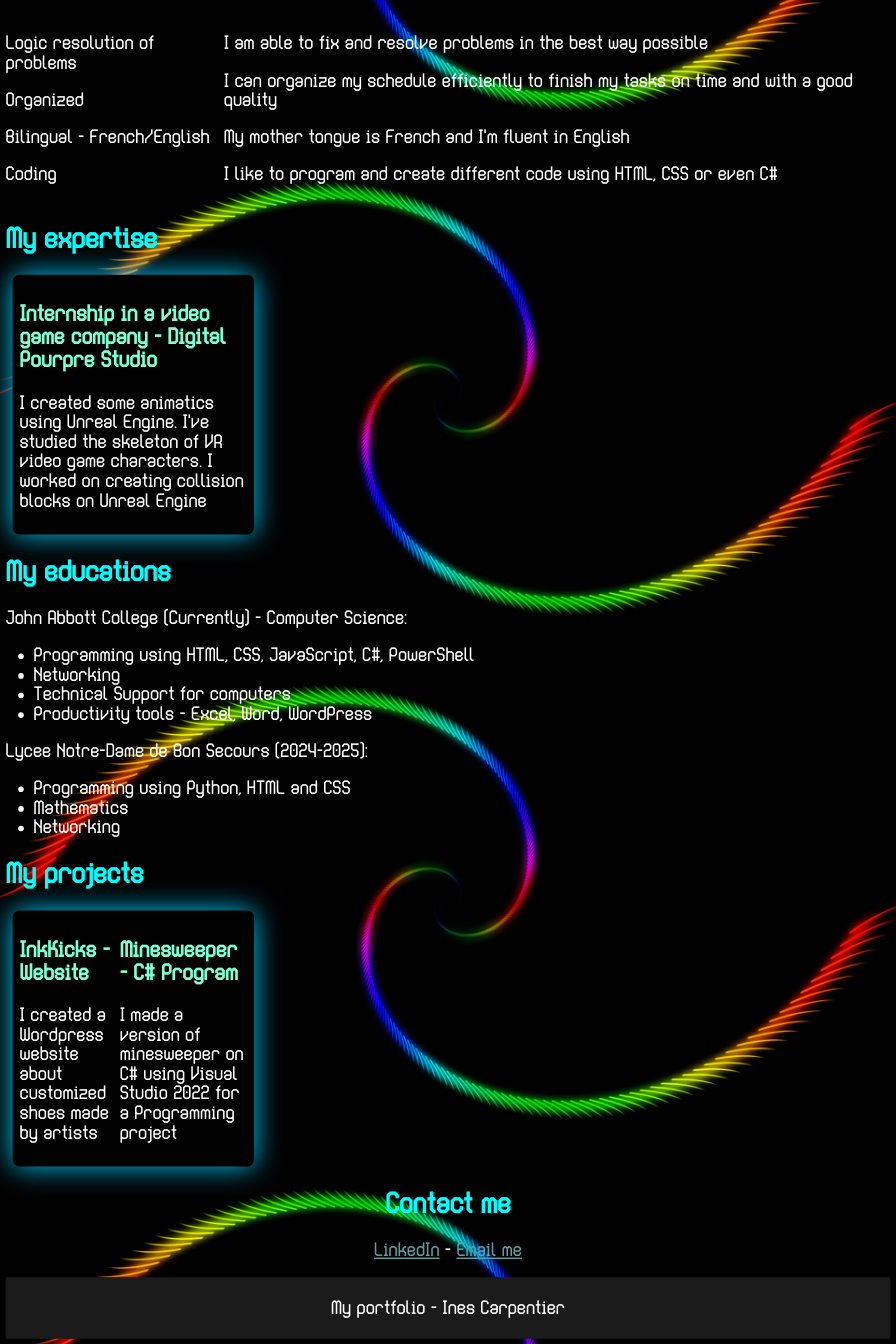
Repository: InsCarp/InsCarp
Page: index.html
These files come from the project's save history. The page is drawn as it stood at one moment and after the next save; the edit follows.
The browser window is 1280 px wide. The pictures show the part of the page from y = 1232 to 3152 px (the page is 3152 px tall before and 3088 px after), at 70% of full size.
Backgrounds fixed to the window are drawn as part of the page.

Above is the page before, as saved 2026-05-13 21:44:24.

### index.html
<!DOCTYPE html>
<html lang="en">
<head>
    <meta charset="UTF-8">
    <meta name="viewport" content="width=device-width, initial-scale=1.0">
    <link rel="icon" href="/assets/images/Logo.svg" type="image/svg" />
    <link rel="stylesheet" href="/styles/globals.css" type="text/css"/>
    <link rel="stylesheet" href="/styles/index.css" type="text/css"/>

    <title>Portfolio - Ines Carpentier</title>
</head>
<header>

     <h1 id="Title">My portfolio</h1>

        <nav>
        <a href="index.html">Home</a>
        <a href="#About">About me</a>
        <a href="#Expertise">Expertise</a>
        <a href="#Education">Education</a>
        <a href="#Projects">Projects</a>
        <a href="#Contact">Contact me</a>
        </nav>


</header>
<body>
    <div class="Intro">
        <article>
            <img
               src="/assets/images/me.png" id="Me" alt="My image"/>
        </article>
        <article id="intro">
            <h2>Ines Carpentier</h2>
            <p>Hi, I'm a Computer Science student who loves to mix creativity in my projects.
                Hope you'll enjoy my portfolio!</p>
        </article>
    </div>

        <h2 id="About">About me</h2>
        <div class="about">
            <p>Hello, I'm Ines Carpentier, a Computer Science student at John Abbott College, Canada. As an artist and programmer, I like creating programs and adding designs to it. I always seek for the
             best way of coding to bring an efficient and beautiful program. I currently code using C#, HTML or even Python language. I'm passionate in networking and programming and currently study to head into a cybersecurity career.
            </p>
        </div>
        <h3>Skills</h3>
        <section class="Skills">
            <article>
            <p>Logic resolution of problems</p>
            <p>Organized</p>
            <p>Bilingual - French/English</p>
            <p>Coding</p>
        </article>
        <article>
            <p>I am able to fix and resolve problems in the best way possible</p>
            <p>I can organize my schedule efficiently to finish my tasks on time and with a good quality</p>
            <p>My mother tongue is French and I'm fluent in English</p>
            <P>I like to program and create different code using HTML, CSS or even C#</P>
        </article>
        </section>


        <h2 id="Expertise">My expertise</h2>
        <section class="card">
            <article>
            <h3>Internship in a video game company - Digital Pourpre Studio</h3>
            <p>I created some animatics using Unreal Engine. I've studied the skeleton of VR video game characters. I worked on creating collision blocks on Unreal Engine</p>
        </article>
        </section>


        <h2 id="Education">My educations</h2>
        <p>John Abbott College (Currently) - Computer Science:
        </p>
        <ul>
            <li>Programming using HTML, CSS, JavaScript, C#, PowerShell</li>
            <li>Networking</li>
            <li>Technical Support for computers</li>
            <li>Productivity tools - Excel, Word, WordPress</li>
        </ul>
        <p>Lycee Notre-Dame de Bon Secours (2024-2025):</p>
        <ul>
            <li>Programming using Python, HTML and CSS</li>
            <li>Mathematics</li>
            <li>Networking</li>
        </ul>

        <h2 id="Projects">My projects</h2>
        <section class="card2">
            <article>
                <h3>InkKicks - Website</h3>
                <p>I created a Wordpress website about customized shoes made by artists</p>
            </article>
            <article>
                <h3>Minesweeper - C# Program</h3>
                <p>I made a version of minesweeper on C# using Visual Studio 2022 for a Programming project</p>
            </article>
        </section>

        <div class="Contact">
         <h2 id="Contact">Contact me</h2>
         <p><a href="https://www.linkedin.com/in/ines-carpentier-690b8b387/" target="blank">LinkedIn</a> - <a href="mailto:carpentierines4@gmail.com">Email me</a></p>
        </div>
</body>
<footer>
    <p>My portfolio - Ines Carpentier</p>
</footer>
</html>

### styles/globals.css
@font-face {
    font-family: Title;
    src: url(/assets/fonts/Y224-2vdae.ttf);
}
@font-face {
    font-family: Portfolio;
    src: url(/assets/fonts/Eightgon-OGn6p.ttf);
}

html{
    font-size:25px;
}

a {
    color:cadetblue;
}

a:visited{
    color:aquamarine;
}
a:hover{
    color:greenyellow;
}
a:active{
    color:yellow;
}

body{
    background-color:rgb(0, 2, 36);
    color:rgb(255, 255, 255);
    background-image: url(../assets/images/back.gif);
    background-size: cover;
    background-repeat: no-repeat;
    background-attachment: fixed;
    font-family: Portfolio;
}




h1, h2{
    color:aqua;

}

h3{
    color:aquamarine;
}


header {
    position:sticky;
    top:0;
    display: flex;
    flex-direction: row;
    font-family: Title;
    background-color:rgb(27, 27, 27);
    font-size:0.5rem;


}
nav{
    display:none;
}

footer{

    text-align: center;
    background-color:rgb(27, 27, 27);
    padding:0.2rem;


}

@media only screen and (min-width: 800px){
    header {
    justify-content: space-between;
    border-radius: 10px;
    font-size:0.8rem;

}
nav{
    text-align:right;
    display:initial;
    font-size:0.4rem;
    margin-top:10px;


}
}

@media only screen and (min-width: 1200px){
    header {
    display: flex;
    flex-direction: row;
    font-family: Title;
    justify-content: space-between;



}
nav{
    text-align:right;
    display:initial;
    font-size:0.6rem;
    margin-top:2%;



}
}

### styles/index.css
.Intro{
    margin-top: 1rem;
    display:flex;
    flex-direction: column;
    align-items: center;
}

#intro{

    text-align: center;
    font-size:2rem;


}

#Me{
    margin-top: 1rem;
    width:15rem;
}


section{
    display: flex;
    flex-direction:row;
    justify-content: space-between;

}

.card{
  margin: 10px;
  background-color:rgb(0, 0, 0);
  padding:10px;
  border: 3px;
  border-radius:10px;
  box-shadow: 0 0 40px 0 rgb(0, 204, 255);
  opacity: 20;
  width:13rem;
}
.card2{
  margin: 10px;
  background-color:rgb(0, 0, 0);
  padding:10px;
  border: 3px;
  border-radius:10px;
  box-shadow: 0 0 40px 0 rgb(0, 204, 255);
  opacity: 20;
  width:13rem;
}

.Contact{
    text-align: center;
}

@media only screen and (min-width: 800px){
    .Intro{
    margin-top: 1rem;
    display:flex;
    flex-direction: row;
    justify-content: space-between;
}

#intro{

    text-align: center;
    font-size:2rem;
    width: 20rem;
    margin-right: 10%;
}




.about{
    width:30rem;
}
}

@media only screen and (min-width: 800px){
    #Me{
    margin-left:15%;
    width:20rem;
}
#expertise{
  width:15rem;
}
}

After the next save:
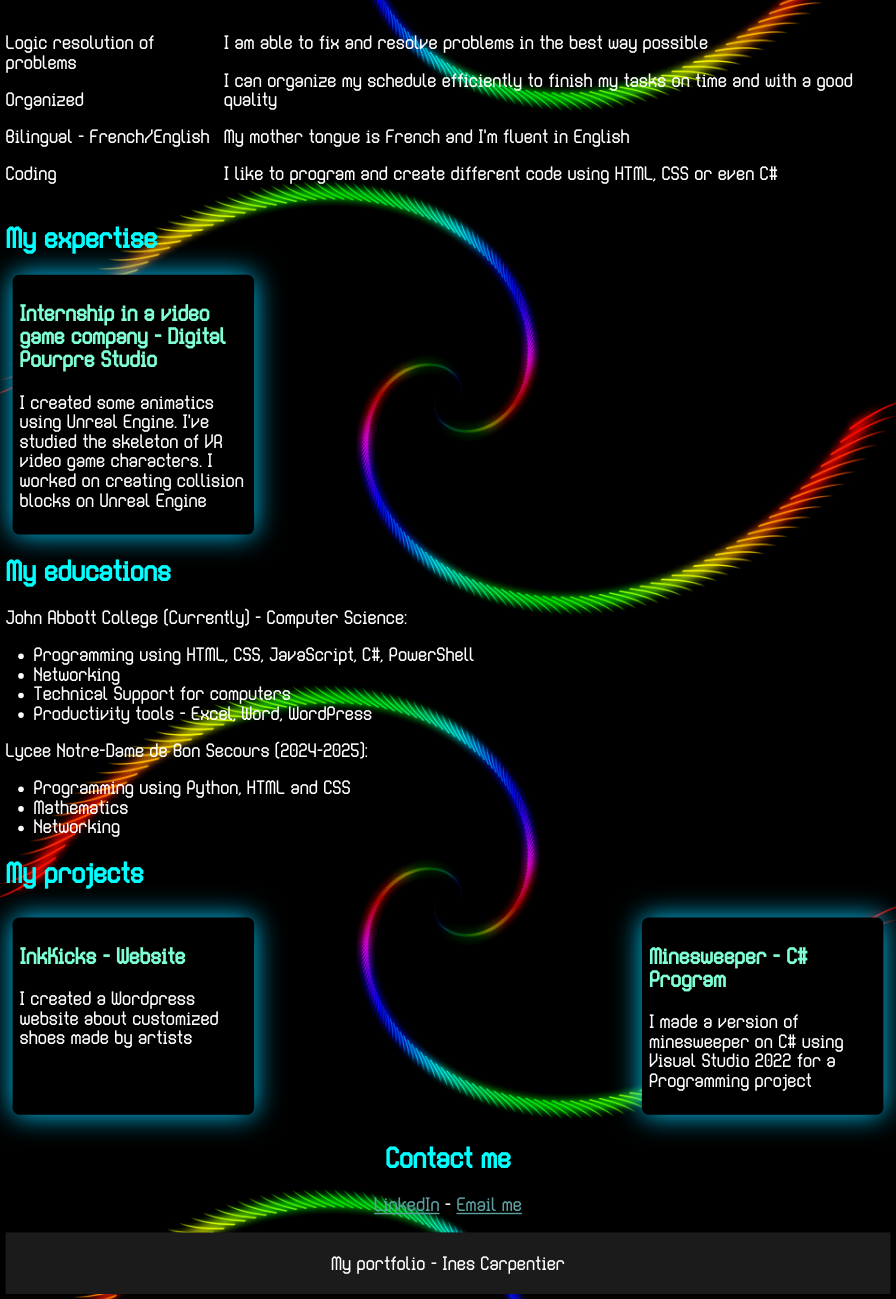
Saved 43 s later.
--- a/index.html
+++ b/index.html
@@ -86,12 +86,12 @@
         </ul>
 
         <h2 id="Projects">My projects</h2>
-        <section class="card2">
-            <article>
+        <section>
+            <article class="card2">
                 <h3>InkKicks - Website</h3>
                 <p>I created a Wordpress website about customized shoes made by artists</p>
             </article>
-            <article>
+            <article class="card2">
                 <h3>Minesweeper - C# Program</h3>
                 <p>I made a version of minesweeper on C# using Visual Studio 2022 for a Programming project</p>
             </article>
